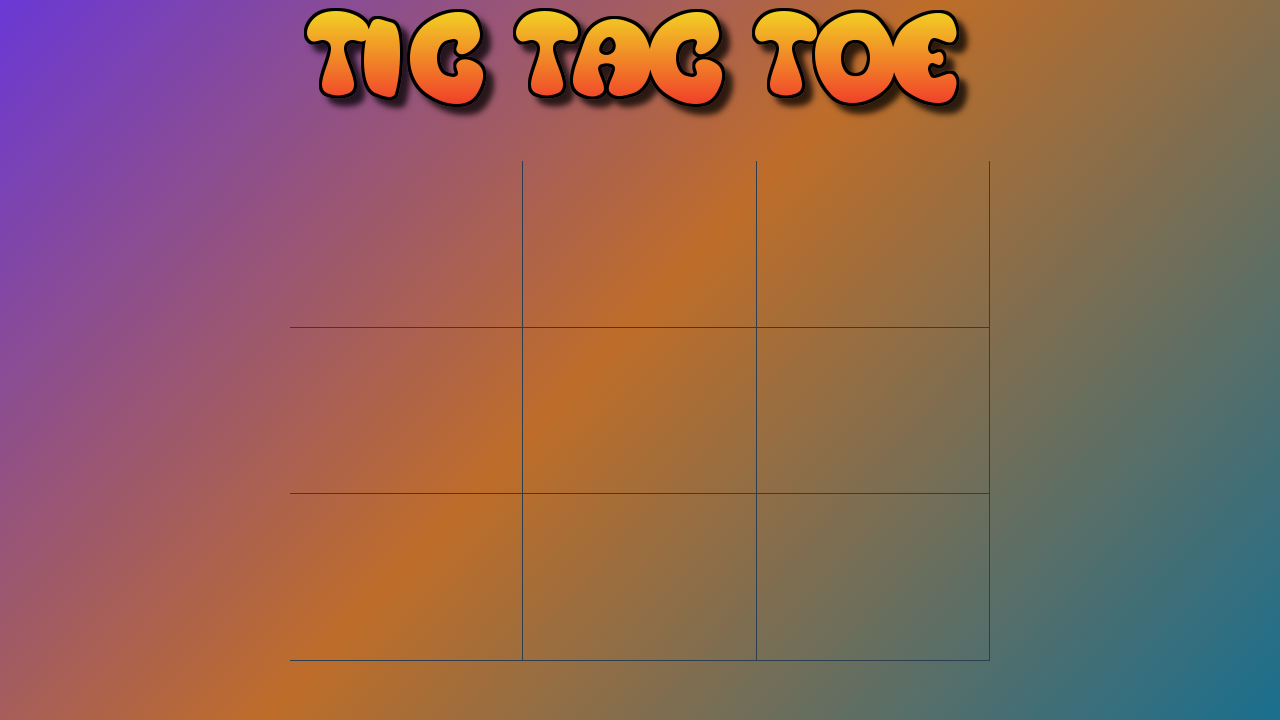
Repository: malx9/Project--5---Tic-Tac-Toe-with-AI
Page: index.html
An editor plug-in stored every save of this project. The page is shown before and after the next save, followed by the edit.
The browser window is 1280 px wide. The pictures show the whole page.

Above is the page before, as saved 2023-12-25 17:22:01.

### index.html
<!DOCTYPE html>
<html lang="en">
  <head>
    <meta charset="UTF-8" />
    <meta name="viewport" content="width=device-width, initial-scale=1.0" />
    <link rel="stylesheet" href="styles.css" />
    <title>Tic Tac Toe</title>
  </head>
  <body>
    <header>
      <img class="logo" src="images/logo.png" />
    </header>
    <main>
      <div class="game--board">
        <div class="square"></div>
        <div class="square"></div>
        <div class="square"></div>
        <div class="square"></div>
        <div class="square"></div>
        <div class="square"></div>
        <div class="square"></div>
        <div class="square"></div>
        <div class="square"></div>
      </div>
    </main>
  </body>
</html>

### styles.css
html {
  height: 100%;
  margin: 0;
}

body {
  margin: 0;
  background: rgb(106, 56, 213);
  background: linear-gradient(
    133deg,
    rgba(106, 56, 213, 1) 0%,
    rgba(190, 109, 41, 1) 48%,
    rgba(25, 111, 143, 1) 100%
  );
}

.logo {
  display: block;
  margin-left: auto;
  margin-right: auto;
  margin-bottom: 30px;
}

.game--board {
  display: grid;
  grid-template-columns: repeat(3, 1fr);
  grid-template-rows: repeat(3, 1fr);
  width: 700px;
  height: 500px;
  margin: auto;
}

.square {
  background-color: transparent;
  border: 1px solid #2c3e50;
  border-top: 0;
  border-left: 0;
}

After the next save:
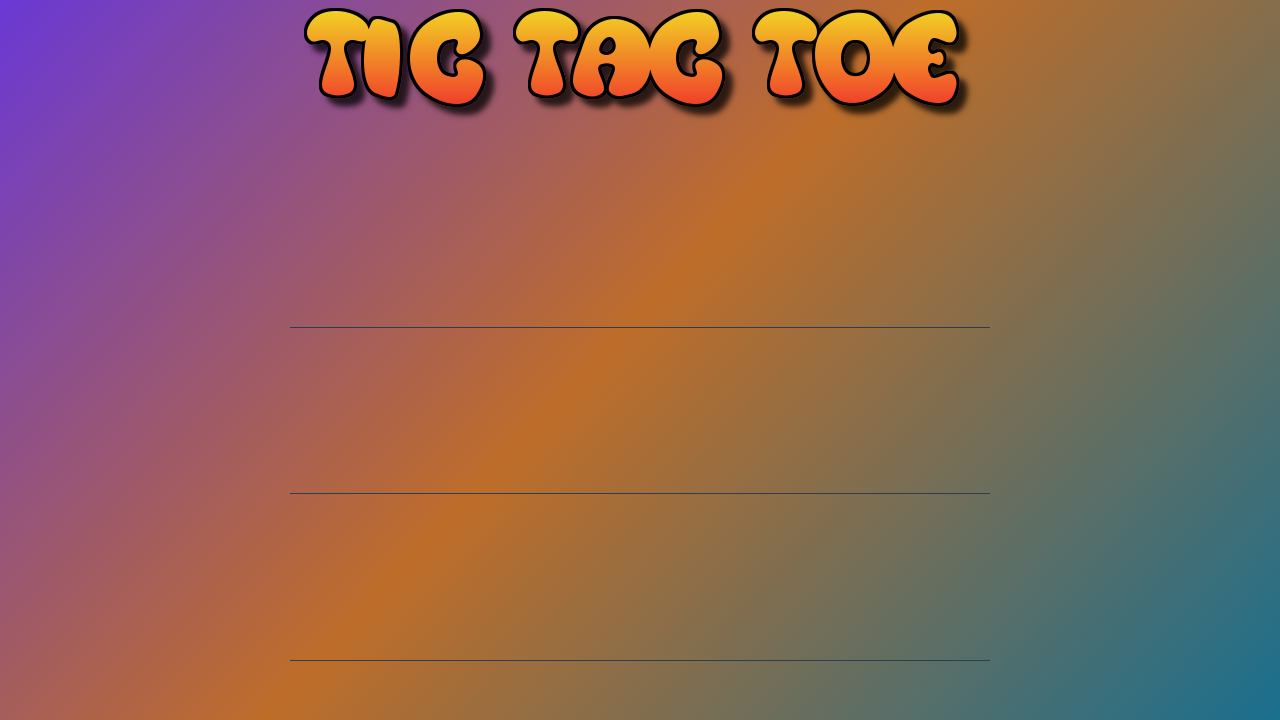
Saved 4 s later.
--- a/styles.css
+++ b/styles.css
@@ -35,4 +35,5 @@
   border: 1px solid #2c3e50;
   border-top: 0;
   border-left: 0;
+  border-right: 0;
 }

After the save that followed:
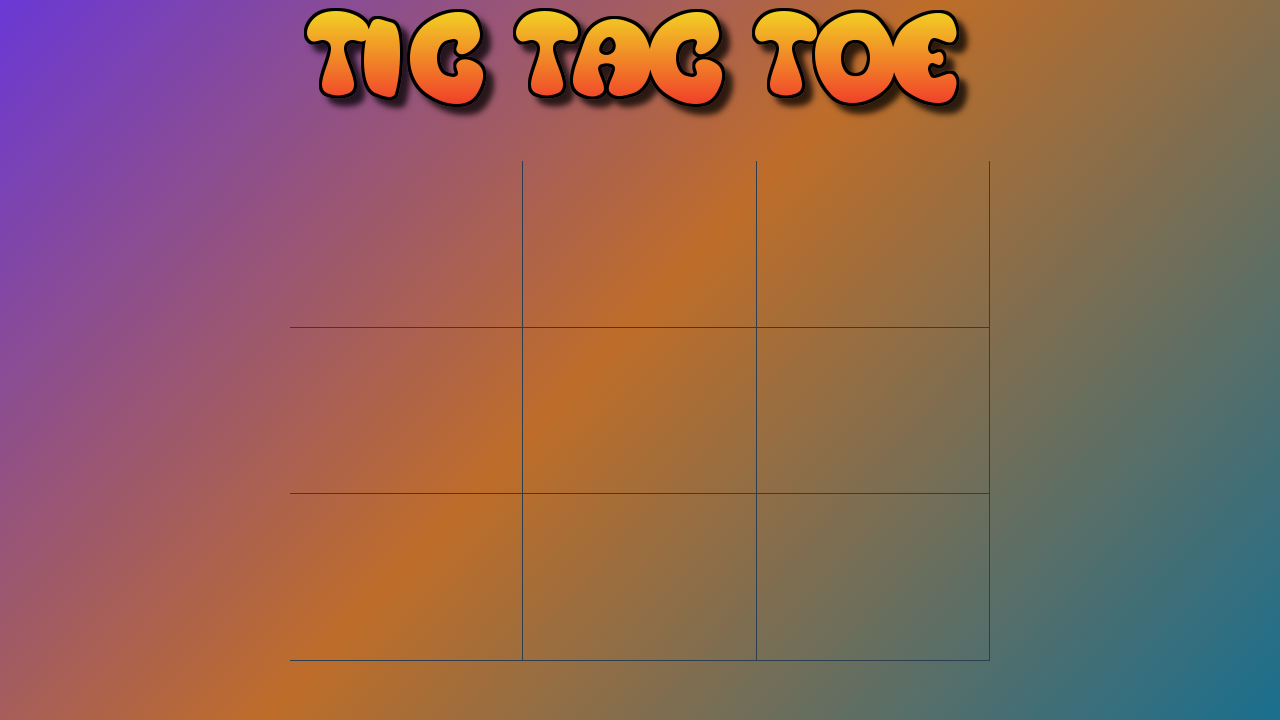
Saved 4 s later.
--- a/styles.css
+++ b/styles.css
@@ -35,5 +35,4 @@
   border: 1px solid #2c3e50;
   border-top: 0;
   border-left: 0;
-  border-right: 0;
 }
